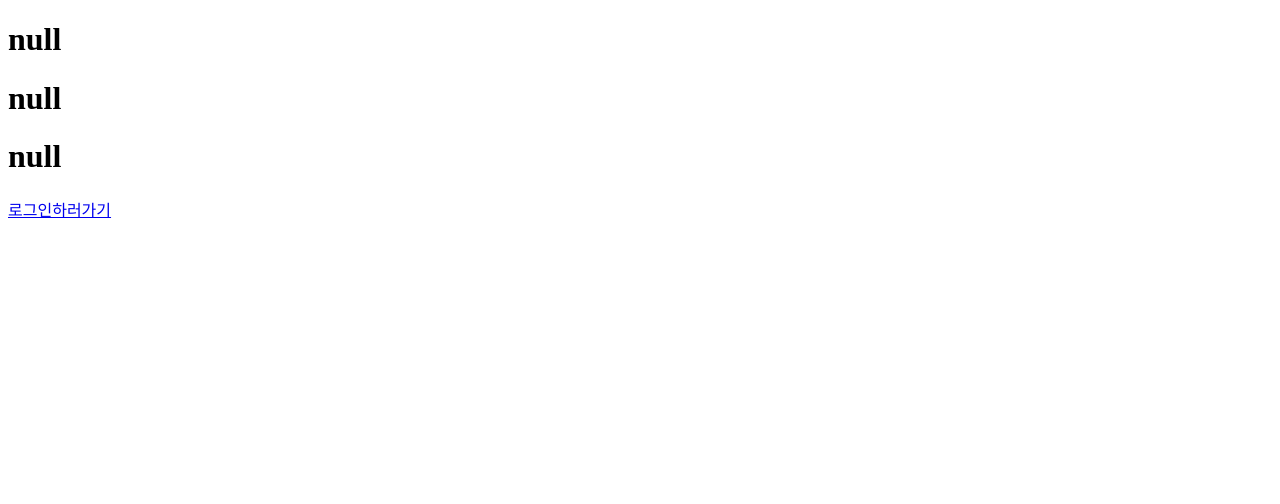
Repository: pyeonm30/PYMjspWorkspace
Page: http://localhost/basicJSP/04sessionLogin/joinPro.jsp
These files come from the project's save history. The page is drawn as it stood at one moment and after the next save; the edit follows.
The browser window is 1280 px wide. The pictures show the whole page.
The page is served by Tomcat 9.

Above is the page before, as saved 2024-01-30 06:00:39.

After the next save:
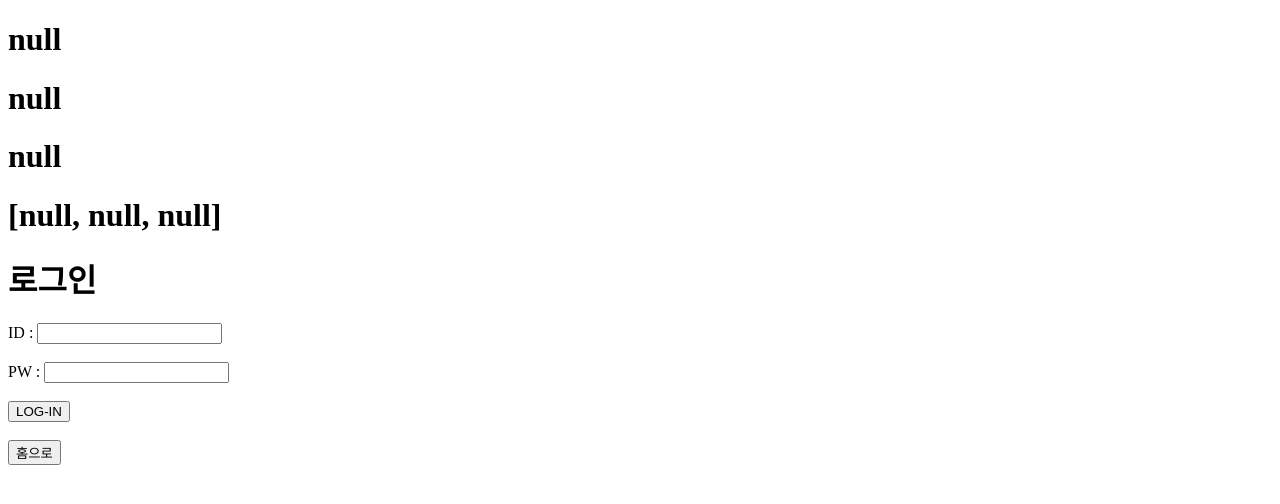
Saved 2 min 9 s later.
--- a/basicJSP/src/main/webapp/04sessionLogin/joinPro.jsp
+++ b/basicJSP/src/main/webapp/04sessionLogin/joinPro.jsp
@@ -16,6 +16,9 @@
  String[] member = {name, id, pw};
  request.setAttribute("member", member);
 
+ RequestDispatcher dis = request.getRequestDispatcher("login.jsp");
+ dis.forward(request, response);
+
 %>
 <h1> <%=name %></h1>
 <h1> <%=id %></h1>
